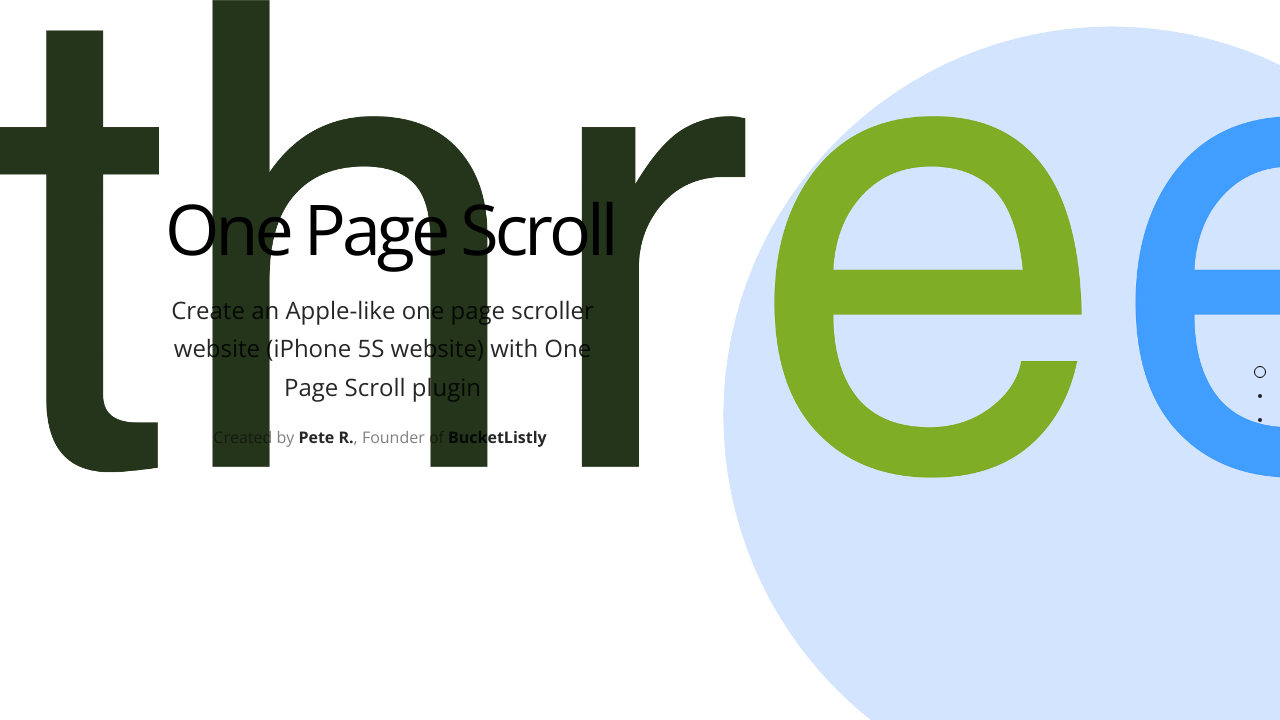
Repository: cdschofield/cdschofield.github.io
Page: index.html
The author's editor kept a record of every edit. The page is drawn from the files as they stood at one moment, then again after the next edit.
The browser window is 1280 px wide. The pictures show the whole page.
Some web libraries are served in a nearby version.

Above is the page before.

### index.html
<!doctype html>
<html>
<head>
	<meta charset="utf-8">
	<title>three Global</title>
	<meta name="title" content="three Global" />
	<meta name="description" content="three Global is an international consultancy using design and innovation to help companies, trade associations, NGOs and governments adjust to the new realities of international business, branding, marketing, logistics and trade. three Global operates globally with experience in Asia, Africa, Australia, Europe, the Americas and the Middle East." />

	<link rel="shortcut icon" id="favicon" href="favicon.png">
	<link href='http://fonts.googleapis.com/css?family=Open+Sans:300,400,700' rel='stylesheet' type='text/css'>
	<link href='http://fonts.googleapis.com/css?family=Pacifico:400' rel='stylesheet' type='text/css'>
	<script type="text/javascript" src="http://code.jquery.com/jquery-1.9.1.js"></script>
  <script type="text/javascript" src="jquery.onepage-scroll.js"></script>
  <link href='onepage-scroll.css' rel='stylesheet' type='text/css'>
  <meta name="viewport" content="initial-scale=1, width=device-width, maximum-scale=1, minimum-scale=1, user-scalable=no">
  <style>
    html {
      height: 100%;
    }
    body {
      background: #E2E4E7;
      padding: 0;
      text-align: center;
      font-family: 'open sans';
      position: relative;
      margin: 0;
      height: 100%;
      -webkit-font-smoothing: antialiased;
    }

    .wrapper {
    	height: 100% !important;
    	height: 100%;
    	margin: 0 auto;
    	overflow: hidden;
    }

    a {
      text-decoration: none;
    }


    h1, h2 {
      width: 100%;
      float: left;
    }
    h1 {
      margin-top: 100px;
      color: #000;
      margin-bottom: 5px;
      font-size: 70px;
      letter-spacing: -4px;
      font-weight: 100;
    }
    h1 span {
      font-size: 26px;
      margin: 0 5px;
      text-transform: capitalize;
      background: rgba(0,0,0,0.85);
      display: inline-block;
      color: #6D461D;
      border-radius: 5px 5px;
      -webkit-border-radius: 5px 5px;
      -moz-border-radius: 5px 5px;
      text-shadow: 0 2px 8px rgba(0, 0, 0, 0.75);
      padding: 3px 10px;
    }
    h2 {
      color: #6D461D;
      font-weight: 100;
      margin-top: 0;
      margin-bottom: 10px;
    }

    .pointer {
      color: #9b59b6;
      font-family: 'Pacifico', cursive;
      font-size: 30px;
      margin-top: 15px;
    }
    code {
      margin: 20px 1%;
      float: left;
      width: 48%;
      height: 105px;
      background: rgba(0,0,0,0.1);
      border: rgba(0,0,0,0.05) 5px solid;
      border-radius: 5px;
      padding:5px;
      color: white;
      text-align: center;
      font-size: 15px;
      margin-top: 25px;
      display: block;
      box-sizing: border-box;
      -webkit-box-sizing: border-box;
      -moz-box-sizing: border-box;
    }
    code.html {
      color: #7EC9E6;
    }
    code.js {
      color: #FFAD00;
    }

    .main {
      float: left;
      width: 100%;
      margin: 0 auto;
    }

    .main h1 {
      padding:150px 50px;
      float: left;
      width: 100%;
      font-size: 45px;
      box-sizing: border-box;
      -webkit-box-sizing: border-box;
      -moz-box-sizing: border-box;
      font-weight: 100;
      color: white;
      margin: 0;
    }

    .main h1.demo1 {
      background: #1ABC9C;
    }

    .reload.bell {
      font-size: 12px;
      padding: 20px;
      width: 45px;
      text-align: center;
      height: 47px;
      border-radius: 50px;
      -webkit-border-radius: 50px;
      -moz-border-radius: 50px;
    }

    .reload.bell #notification {
      font-size: 25px;
      line-height: 140%;
    }

    .reload, .btn{
      display: inline-block;
      border: 4px solid #A2261E;
      border-radius: 5px;
      -moz-border-radius: 5px;
      -webkit-border-radius: 5px;
      background: #CC3126;
      display: inline-block;
      line-height: 100%;
      padding: 0.7em;
      text-decoration: none;
      color: #fff;
      width: 100px;
      line-height: 140%;
      font-size: 17px;
      font-family: open sans;
      font-weight: bold;
    }
    .reload:hover{
      background: #444;
    }
    .btn {
      width: 200px;
      color: rgb(255, 255, 255);
      border: 4px solid rgb(0, 0, 0);
      background: rgba(3, 3, 3, 0.75);
    }
    .clear {
      width: auto;
    }
    .btn:hover, .btn:hover {
      background: #444;
    }
    .btns {
      width: 410px;
      margin: 50px auto;
    }
    .credit {
      text-align: center;
      color: rgba(0,0,0,0.5);
      padding: 10px;
      width: 410px;
      clear: both;
    }
    .credit a {
      color: rgba(0,0,0,0.85);
      text-decoration: none;
      font-weight: bold;
      text-align: center;
    }

    header {
      position: relative;
      z-index: 10;
    }
    .main section .page_container {
      position: relative;
      top: 25%;
      margin: 0 auto 0;
      max-width: 950px;
      z-index: 3;
    }
    .main section  {
      overflow: hidden;
    }

    .main section > img {
      position: absolute;
      max-width: 100%;
      z-index: 1;
    }

    .main section.page1 {
      background:rgb(230, 217, 200) url(three-bkgd.png) no-repeat ;
    }
    .main section.page1 h1 {
      text-align: left;
      padding: 0;
      margin-bottom: 15px;
      font-size: 70px;
      color: black;
    }
    .main section.page1 h2 {
      color: rgba(0,0,0,0.85);
      text-align: center;
      width: 435px;
      line-height: 160%;
    }
    .main section .page_container .btns {
      clear: both;
      float: left;
      text-align: center;
      width: 435px;
    }
    .main section .page_container .btns a{
      text-align: center;
    }
    .main section.page2 {
      background: #555557 url(back-phone.png) no-repeat center -150px ;
    }
    .main section.page2 > img {
      position: absolute;
      top: -300px;
      left: 50%;
      margin-left: -1095px;
    }
    .main section.page2 .page_container {
      margin-top: 240px;
      overflow: hidden;
    }
    .main section.page2 h1 {
      text-align: center;
      padding: 0;
      margin-bottom: 15px;
      font-size: 50px;
      letter-spacing: -1px;
      color: white;
    }
    .main section.page2 h2 {
      color: rgba(255,255,255,0.85);
      text-align: center;
      line-height: 160%;
      font-weight: 100;
    }
    .viewing-page-2 .back{
      background: rgba(0, 0, 0, 0.25);
      color: #FFF;
      }
    .main section.page3 {
      background:url(tilted-phone.png) no-repeat 156px -150px ;
    }
    .main section.page3 .page_container {
      overflow: hidden;
      width: 500px;
      right: -285px;
    }
    .main section.page3 h1 {
      text-align: left;
      padding: 0;
      margin-bottom: 0;
      font-size: 70px;
      letter-spacing: -1px;
      color: black;
    }
    .main section.page3 h2 {
      color: rgba(0,0,0,0.85);
      text-align: left;
      line-height: 160%;
      font-weight: 100;
      font-size: 21px;
    }

    body.disabled-onepage-scroll .onepage-wrapper  section {
      min-height: 100%;
      height: auto;
    }

    body.disabled-onepage-scroll .main section .page_container, body.disabled-onepage-scroll .main section.page3 .page_container  {
      padding: 20px;
      margin-top: 150px;
      -webkit-box-sizing: border-box;
      -moz-box-sizing: border-box;
      box-sizing: border-box;
    }

    body.disabled-onepage-scroll  section .page_container h1{
      text-align: center;
      font-size: 50px;
    }
    body.disabled-onepage-scroll section .page_container h2, body.disabled-onepage-scroll section .page_container .credit, body.disabled-onepage-scroll section .page_container .btns{
      text-align: center;
      width: 100%;
    }

    body.disabled-onepage-scroll .main section.page1 > img {
      position: absolute;
      width: 80%;
      left: 10%;
    }

    body.disabled-onepage-scroll .main section > img {
      position: relative;
      max-width: 80%;
      bottom: 0;
    }
    body.disabled-onepage-scroll code {
      width: 95%;
      margin: 0 auto 25px;
      float: none;
      overflow: hidden;
    }

    body.disabled-onepage-scroll .main section.page3 .page_container {
      width: 90%;
      margin-left: auto;
      margin-right: auto;
      right: 0;
    }
	</style>
	<script>
	  $(document).ready(function(){
      $(".main").onepage_scroll({
        sectionContainer: "section",
        responsiveFallback: 600,
        loop: true
      });
		});

	</script>
</head>
<body>
  <div class="wrapper">
	  <div class="main">

      <section class="page1">
        <div class="page_container">
          <h1>One Page Scroll</h1>
          <h2>Create an Apple-like one page scroller website (iPhone 5S website) with One Page Scroll plugin</h2>
          <p class="credit">Created by <a href="http://www.thepetedesign.com">Pete R.</a>, Founder of <a href="http://www.bucketlistly.com" target="_blank">BucketListly</a></p>
  	    </div>
      </section>

	    <section class="page2">
	      <div class="page_container">
          <h1>Ready-to-use plugin</h1>
          <h2>All you need is an HTML markup, call the script and BAM!</h2>
          <code class="html">
  	        &lt;div class="main"&gt;<br>
  	          &lt;section&gt;...&lt;/section&gt;<br>
  	          &lt;section&gt;...&lt;/section&gt;<br>
  	          ...<br>
  	        &lt;/div&gt;
  	      </code>

  	      <code class="js">
	          $(".main").onepage_scroll();
	        </code>
	      </div>
      </section>

	    <section class="page3">
	      <div class="page_container">
          <h1>Pretty Neat Eh?</h1>
          <h2>You can customise the animation timing, the selector or even the animation easing using CSS3. I can't wait to see what you guys will come up with. Don't forget to grab them for free on Github'</h2>
          <div class="btns">
  	        <a class="reload btn" href="https://github.com/peachananr/onepage-scroll">Download on Github</a>
  	      </div>
  	    </div>
      </section>
    </div>
  </div>
</body>
</html>

### onepage-scroll.css
body, html {
  margin: 0;
  overflow: hidden;
  -webkit-transition: opacity 400ms;
  -moz-transition: opacity 400ms;
  transition: opacity 400ms;
}

body, .onepage-wrapper, html {
  display: block;
  position: static;
  padding: 0;
  width: 100%;
  height: 100%;
}

.onepage-wrapper {
  width: 100%;
  height: 100%;
  display: block;
  position: relative;
  padding: 0;
  -webkit-transform-style: preserve-3d;
}

.onepage-wrapper .section {
  width: 100%;
  height: 100%;
}

.onepage-pagination {
  position: absolute;
  right: 10px;
  top: 50%;
  z-index: 5;
  list-style: none;
  margin: 0;
  padding: 0;
}
.onepage-pagination li {
  padding: 0;
  text-align: center;
}
.onepage-pagination li a{
  padding: 10px;
  width: 4px;
  height: 4px;
  display: block;

}
.onepage-pagination li a:before{
  content: '';
  position: absolute;
  width: 4px;
  height: 4px;
  background: rgba(0,0,0,0.85);
  border-radius: 10px;
  -webkit-border-radius: 10px;
  -moz-border-radius: 10px;
}

.onepage-pagination li a.active:before{
  width: 10px;
  height: 10px;
  background: none;
  border: 1px solid black;
  margin-top: -4px;
  left: 8px;
}

.disabled-onepage-scroll, .disabled-onepage-scroll .wrapper {
  overflow: auto;
}

.disabled-onepage-scroll .onepage-wrapper .section {
  position: relative !important;
  top: auto !important;
  left: auto !important;
}
.disabled-onepage-scroll .onepage-wrapper {
  -webkit-transform: none !important;
  -moz-transform: none !important;
  transform: none !important;
  -ms-transform: none !important;
  min-height: 100%;
}


.disabled-onepage-scroll .onepage-pagination {
  display: none;
}

body.disabled-onepage-scroll, .disabled-onepage-scroll .onepage-wrapper, html {
  position: inherit;
}

Loaded but not shown: jquery.onepage-scroll.js (library)

After the next edit:
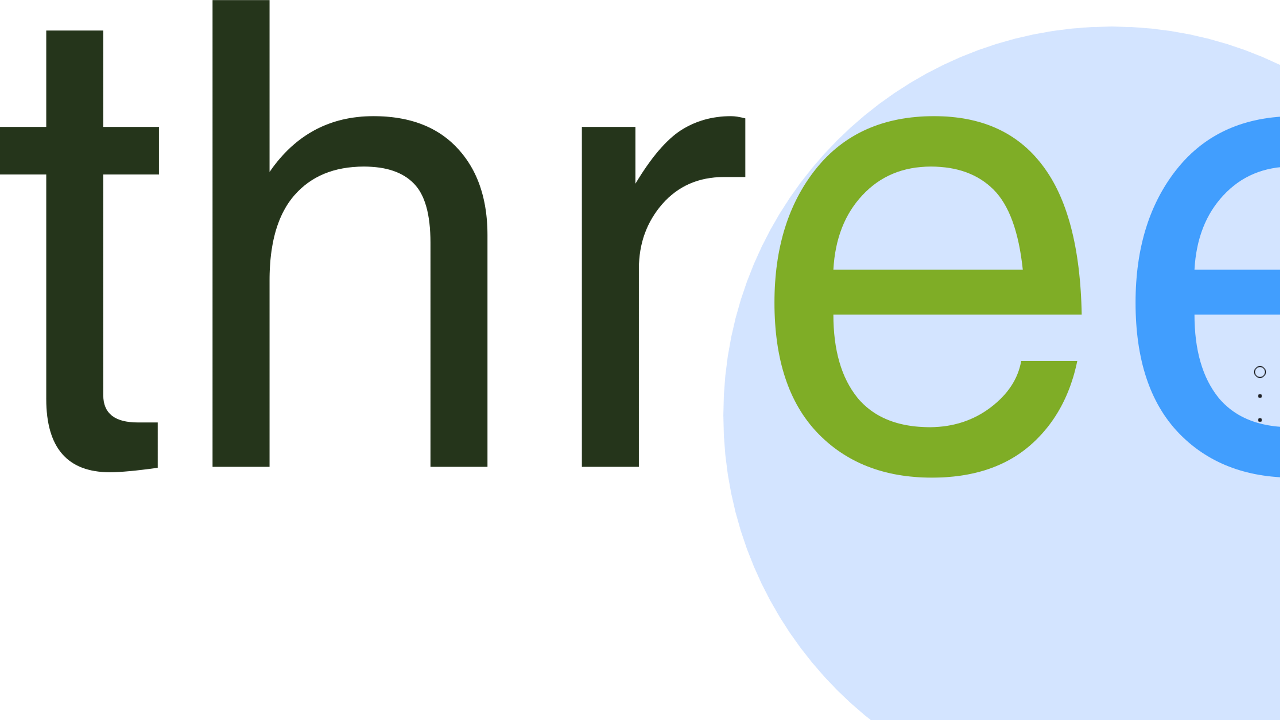
The edit:
--- a/index.html
+++ b/index.html
@@ -358,9 +358,9 @@
 
       <section class="page1">
         <div class="page_container">
-          <h1>One Page Scroll</h1>
-          <h2>Create an Apple-like one page scroller website (iPhone 5S website) with One Page Scroll plugin</h2>
-          <p class="credit">Created by <a href="http://www.thepetedesign.com">Pete R.</a>, Founder of <a href="http://www.bucketlistly.com" target="_blank">BucketListly</a></p>
+          <h1></h1>
+          <h2></h2>
+          <p class="credit"></p>
   	    </div>
       </section>
 
